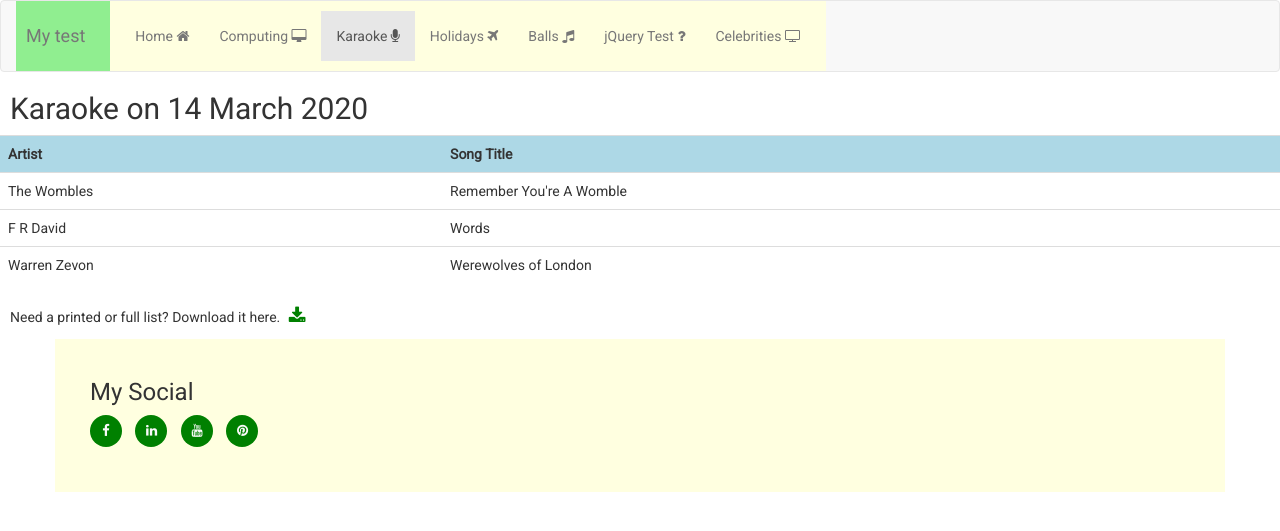
Repository: derektypist/bootstrap
Page: karaoke.html
The author's editor kept a record of every edit. The page is drawn from the files as they stood at one moment, then again after the next edit.
The browser window is 1280 px wide. The pictures show the whole page.

Above is the page before.

### karaoke.html
<!DOCTYPE html>
<html>

<head>
    <meta name="viewport" content="width=device-width, initial-scale=1.0">
    <title>Derek's Bootstrap Experience - Karaoke</title>

    <!-- Load Style Sheets -->

    <link rel="stylesheet" href="https://maxcdn.bootstrapcdn.com/bootstrap/3.3.7/css/bootstrap.min.css">
    <link rel="stylesheet" href="https://maxcdn.bootstrapcdn.com/font-awesome/4.7.0/css/font-awesome.min.css" type="text/css" />
    <link rel="stylesheet" href="style.css" type="text/css">
</head>

<body>
    <nav class="navbar navbar-default">
        <div class="container-fluid">
            <!-- Logo -->
            <div class="navbar-header">
                <a href="index.html" class="navbar-brand">My test</a>
            </div>

            <!-- navbar with icons -->
            <ul class="nav navbar-nav">
                <li><a href="index.html">Home <i class="fa fa-home" aria-hidden="true"></i></a></li>
                <li><a href="computing.html">Computing <i class="fa fa-desktop" aria-hidden="true"></i></a></li>
                <li class="active"><a href="karaoke.html">Karaoke <i class="fa fa-microphone" aria-hidden="true"></i></a></li>
                <li><a href="holidays.html">Holidays <i class="fa fa-plane" aria-hidden="true"></i></a></li>
                <li><a href="balls.html">Balls <i class="fa fa-music" aria-hidden="true"></i></a></li>
                <li><a href="jquerydemo.html">jQuery Test <i class="fa fa-question" aria-hidden="true"></i></a></li>
                <li><a href="celebrities.html">Celebrities <i class="fa fa-television" aria-hidden="true"></i></a></li>
            </ul>

        </div>
    </nav>

    <!-- Karaoke -->
    <section>
        <h2 class="mgn-col">Karaoke on 14 March 2020</h2>
        <div class="table-responsive">
            <table class="table">
                <tr>
                    <th>Artist</th>
                    <th>Song Title</th>
                </tr>

                <tr>
                    <td>The Wombles</td>
                    <td>Remember You're A Womble</td>
                </tr>

                <tr>
                    <td>F R David</td>
                    <td>Words</td>
                </tr>

                <tr>
                    <td>Warren Zevon</td>
                    <td>Werewolves of London</td>
                </tr>




            </table>
        </div>

    </section>

    <section class="mgn-col">
        <p>Need a printed or full list? Download it here.
            <a href="pdf/karaoke.pdf" target="_blank" title="Karaoke" class="download-pdf">
        <i class="fa fa-download" aria-hidden="true"></i></a></p>
    </section>

    <!-- Footer -->
    <footer class="container">
        <div class="row" id="footer-details">
            <h3>My Social</h3>
            <ul class="list-inline social-links">

                <li><a target="_blank" href="https://www.facebook.com/derek.dhammaloka/" title="Facebook"><i class="fa fa-facebook"></i></a></li>
                <li><a target="_blank" href="https://www.linkedin.com/in/derekdhammaloka" title="LinkedIn"><i class="fa fa-linkedin"></i></a></li>
                <li><a target="_blank" href="https://www.youtube.com/user/derekthesec" title="YouTube"><i class="fa fa-youtube"></i></a></li>
                <li><a target="_blank" href="https://www.pinterest.co.uk/derekthesec" title="Pinterest"><i class="fa fa-pinterest"></i></a></li>
            </ul>
        </div>
    </footer>
</body>

</html>

### style.css
/* Import Font */

@import url('https://fonts.googleapis.com/css?family=Roboto');

/* Body */

body {

    font-family: "Roboto", Arial, Verdana, sans-serif;
    height: 100%;
}

/* Liked Comments */

.liked {
    background-color: lightblue;
    padding: 10px;
}

/* Jumbotron */

.jumbotron {
    background-color: pink;
}

/* List Items */

.list-items {
    color: green;
}

.list-items a {
    text-decoration: none;
    color: orange;
}

.list-items a:hover {
    text-decoration: none;
    color: purple;
}

/* Margin Styles */
.mgn-col {
    margin-left: 10px;
}

/* Navbar Styles */
.navbar-header {
    background-color: lightgreen;
    padding: 10px;
}

.navbar-nav {
    background-color: lightyellow;
    padding: 10px;
}

/* Table Styles */
th {
    background-color: lightblue;
}


/* Download PDF Styles */
.download-pdf {
    color: green;
    text-align: center;
    font-size: 18px;
    padding-left: 5px;
}

.download-pdf i:hover {
    color: orange;
    transition: all 0.35s ease-in-out;
    -moz-transition: all 0.35s ease-in-out;
    -webkit-transition: all 0.35s ease-in-out;
    -o-transition: all 0.35s ease-in-out;
}

/* Footer */
footer {
    background-color: lightyellow;
    min-height: 50px;
    margin: 0;
}

.social-links {
    padding-bottom: 15px;
}

.social-links li a i {
    width: 32px;
    height: 32px;
    padding: 12px 0px;
    border-radius: 50%;
    font-size: 13px;
    line-height: 7px;
    text-align: center;
    color: #fafafa;
    background: green;
    transition: all 0.35s ease-in-out;
    -moz-transition: all 0.35s ease-in-out;
    -webkit-transition: all 0.35s ease-in-out;
    -o-transition: all 0.35s ease-in-out;

}

.social-links li a i:hover {
    background: purple;

}

#footer-details {
    margin: 20px;
}

/* jQueryDemo - Subjects */
.row button #subjects
{
    background-color: black;
}



/* jQueryDemo - Keypad */

#keypad {
    width: 50%;
    margin: auto;
}

#display {
    height: 75px;
    font-size: 2.5em;
    background-color: seagreen;
    color: white;
    text-align: center;
}

button {
    background-color: black;
    color: white;
    font-size: 2em;
    height: 2em;
    float: left;
    border-color: lightgreen;
    margin-left: 0px;
    margin-right: 0px;
}

.row button {
    width: 33.333%;
}

After the next edit:
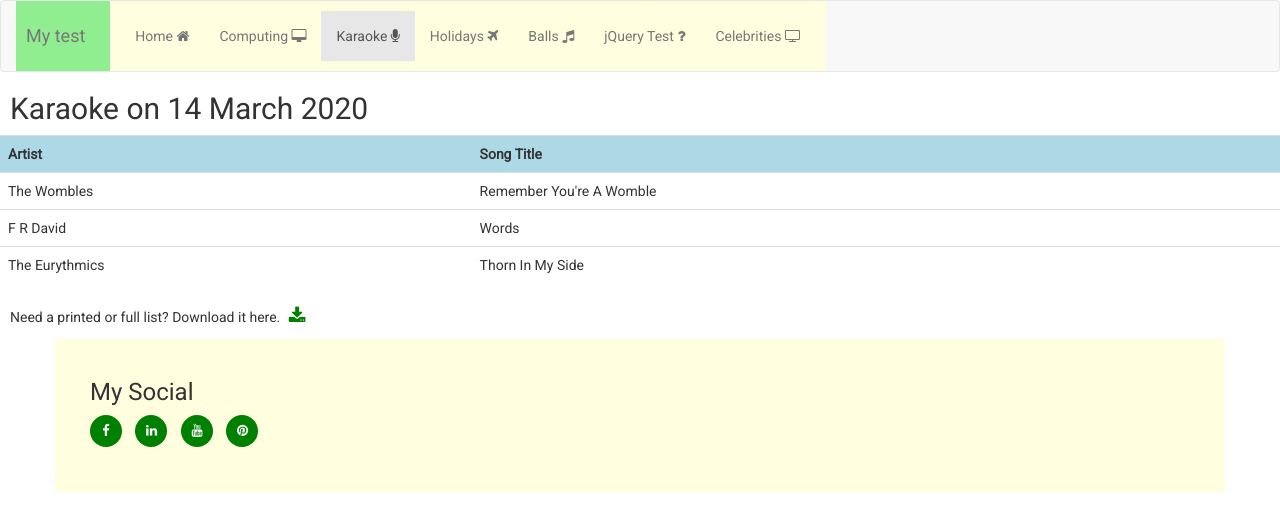
The edit:
--- a/karaoke.html
+++ b/karaoke.html
@@ -55,8 +55,8 @@
                 </tr>
 
                 <tr>
-                    <td>Warren Zevon</td>
-                    <td>Werewolves of London</td>
+                    <td>The Eurythmics</td>
+                    <td>Thorn In My Side</td>
                 </tr>
 
 
